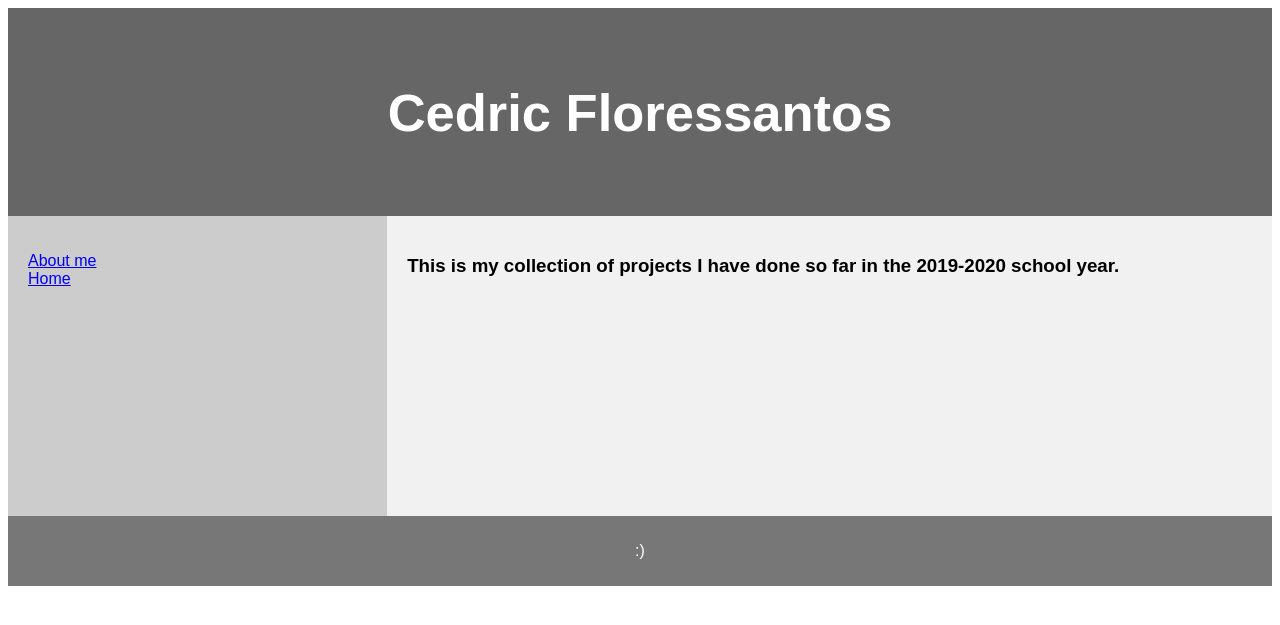
Repository: Cedric-floressantos/Cedric-floressantos.github.io
Page: my_website/portfolio.html
The author's editor kept a record of every edit. The page is drawn from the files as they stood at one moment, then again after the next edit.
The browser window is 1280 px wide. The pictures show the whole page.

Above is the page before.

### my_website/portfolio.html
<!DOCTYPE html>
<html lang="en">
<head>
<title>My website</title>
<meta charset="utf-8">
<meta name="viewport" content="width=device-width, initial-scale=1">
<style>
* {
  box-sizing: border-box;
}

body {
  font-family: Arial, Helvetica, sans-serif;
}
header {
  background-color: #666;
  padding: 30px;
  text-align: center;
  font-size: 35px;
  color: white;
}
nav {
  float: left;
  width: 30%;
  height: 300px;
  background: #ccc;
  padding: 20px;
}
nav ul {
  list-style-type: none;
  padding: 0;
}

article {
  float: left;
  padding: 20px;
  width: 70%;
  background-color: #f1f1f1;
  height: 300px;
}
section:after {
  content: "";
  display: table;
  clear: both;
}
footer {
  background-color: #777;
  padding: 10px;
  text-align: center;
  color: white;
}


@media (max-width: 600px) {
  nav, article {
    width: 100%;
    height: auto;
  }
}
</style>
</head>
<body>



<header>
  <h2>Cedric Floressantos</h2>
</header>

<section>
  <nav>
    <ul>
      <li><a href="Aboutme.html">About me</a></li>
      <li><a href="index.html">Home</a></li>
    </ul>
  </nav>

  <article>
    <h1>This is my collection of projects I have done so far in the 2019-2020 school year.</h1>
    <p></p>
  </article>
</section>

<footer>
  <p>:)</p>
</footer>

</body>
</html>

After the next edit:
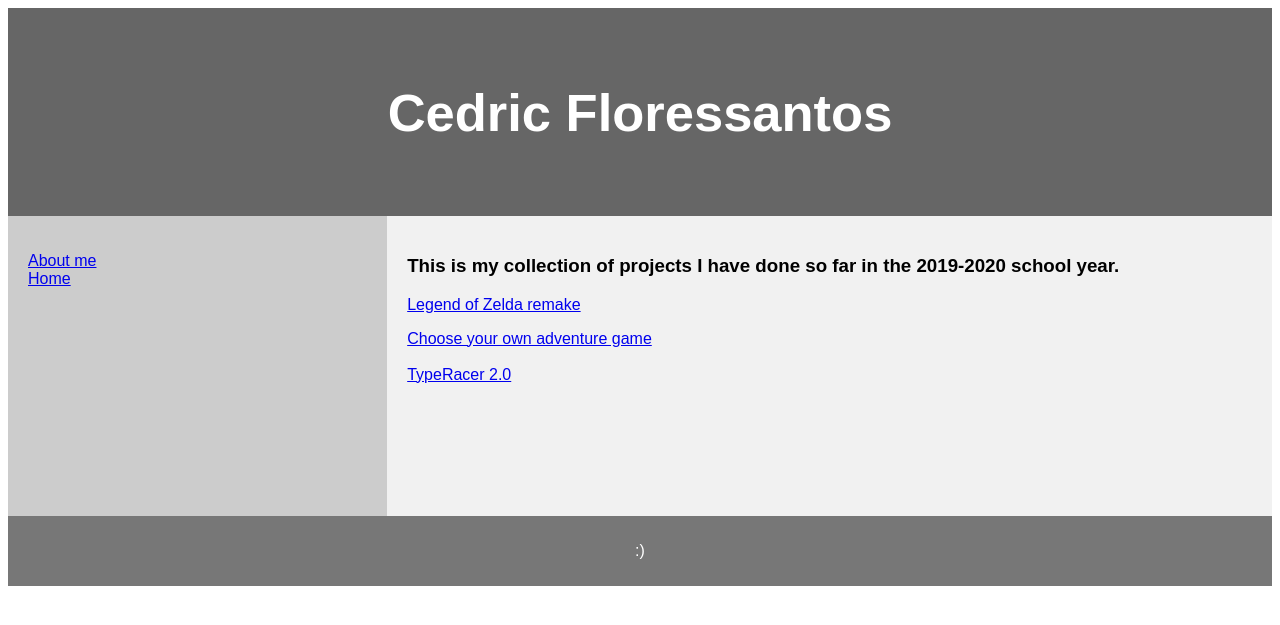
The edit:
--- a/my_website/portfolio.html
+++ b/my_website/portfolio.html
@@ -77,7 +77,11 @@
 
   <article>
     <h1>This is my collection of projects I have done so far in the 2019-2020 school year.</h1>
-    <p></p>
+    <p><a href="https://scratch.mit.edu/projects/324309034">Legend of Zelda remake</a></p>
+    <p2><a href="https://scratch.mit.edu/projects/327799540/">Choose your own adventure game</a></p2>
+    <br>
+    <br>
+    <p3><a href="http://ai2.appinventor.mit.edu/?galleryId=5367066053443584">TypeRacer 2.0</a></p3>
   </article>
 </section>
 
